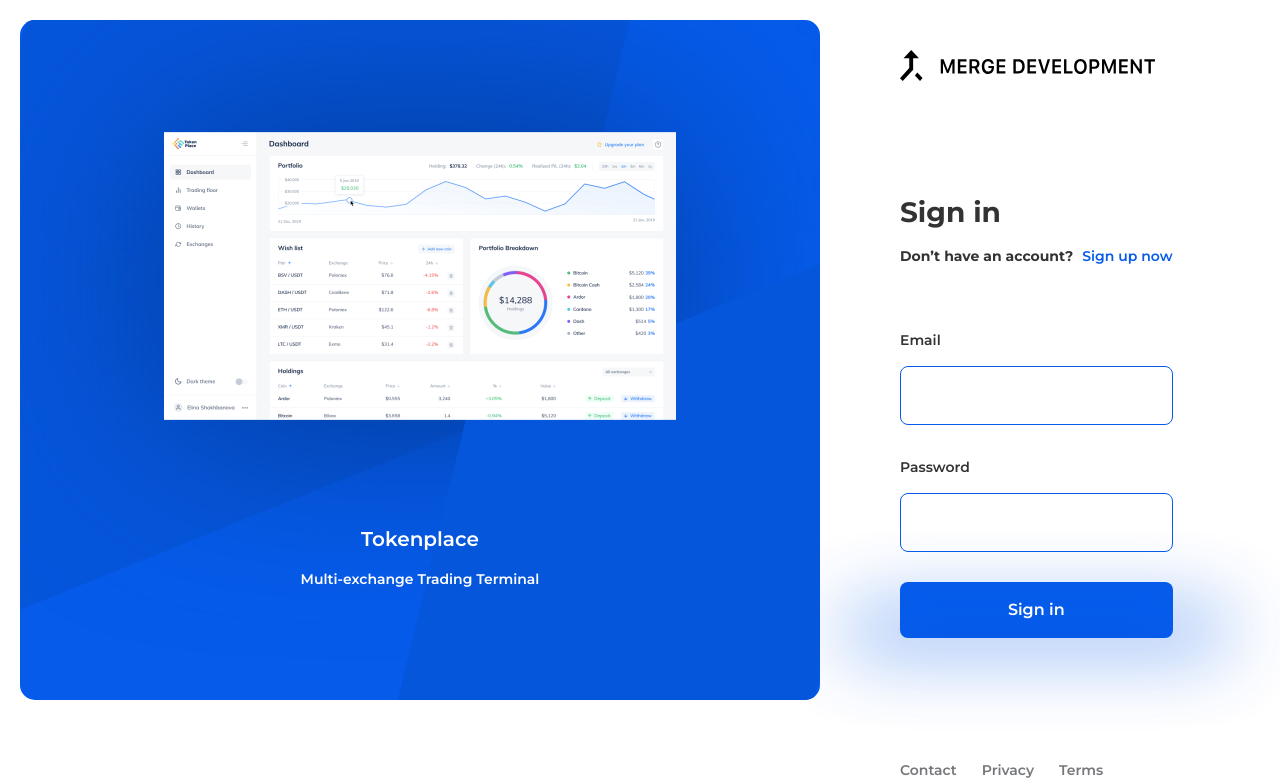
Repository: 13RedFox/form-project
Page: /
These files come from the project's save history. The page is drawn as it stood at one moment and after the next save; the edit follows.
The browser window is 1280 px wide. The pictures show the whole page.
The project was rebuilt for these pictures with package versions that can differ from the ones it lists, and the page was loaded fresh each time.

Above is the page before, as saved 2021-08-04 18:57:08.

After the next save:
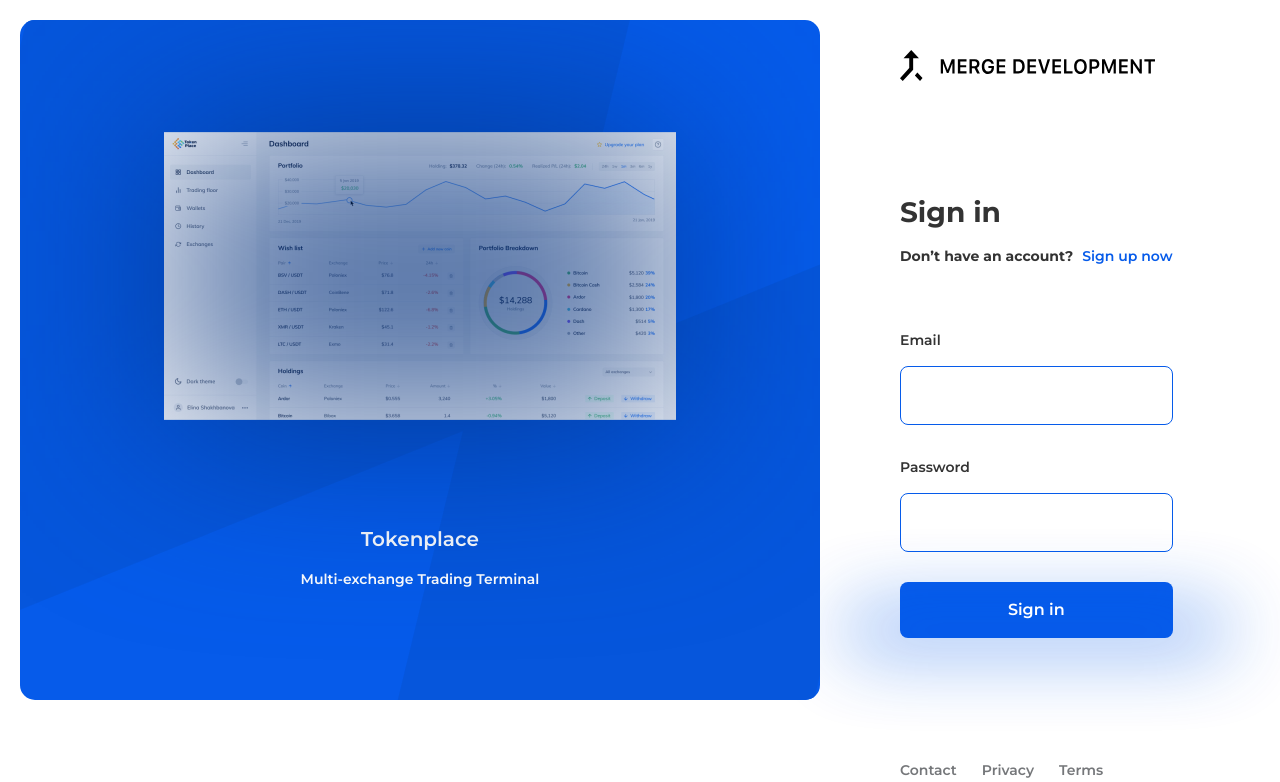
Saved 25 s later.
--- a/src/components/Slider/Slider.module.scss
+++ b/src/components/Slider/Slider.module.scss
@@ -34,7 +34,7 @@
     height: 100%;
     background: rgba(0, 46, 123, 0.7);
     filter: blur(100px);
-    z-index: -1;
+    z-index: 0;
   }
 }
 
